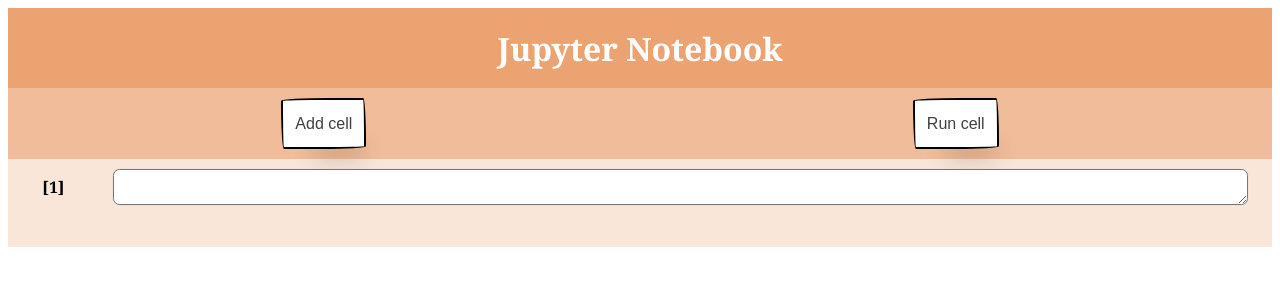
Repository: lingzi-liu/jupyter_notebook_prototype
Page: http://localhost/
These files come from the project's save history. The page is drawn as it stood at one moment and after the next save; the edit follows.
The browser window is 1280 px wide. The pictures show the whole page.
The page is served by the project's application, run on Flask 3 (app.py).

Above is the page before, as saved 2022-11-13 03:51:06.

### templates/index.html
<!DOCTYPE html>
<html lang="en">

<head>
    <meta charset="UTF-8">
    <meta http-equiv="X-UA-Compatible" content="IE=edge">
    <meta name="viewport" content="width=device-width, initial-scale=1.0">
    <link rel="stylesheet" href="../static/styles/style.css">
    <script defer src="../static/scripts/command_handler.js"></script>
    <script defer src="../static/scripts/script.js"></script>
    <title>Jupter Notebook</title>
</head>

<body>
    <!-- Navigation Bar -->
    <div id="nav">
        <h1>Jupyter Notebook</h1>
    </div>


    <!-- Button Bar -->
    <div id="commands">
        <!-- Add Cell allows you to add new code cells -->
        <!--Triggering a function addCell() when clicked -->
        <button onclick="addCell()">Add cell</button>
        <!-- Run Cell allows you to run the code in a selected cell -->
        <!--Triggering a function runCell() when clicked -->
        <button onclick="runCell()" id="run">Run cell</button>
    </div>


    <!-- Cell list -->
    <div id="cell-list">
        <!-- Each cell is in separate division -->
        <!-- When clicked, the current cell should become the selected cell by triggering the function selectedCell(this) -->
        <div class="cell" id="1" onclick="selecteCell(this)">
            <h4>[1]</h4>
            <textarea onkeyup="do_resize(this);"></textarea>

            <!--a paragraph component below the cell box for the error message or result, if there is one
            -->
            <p></p>
        </div>
    </div>
</body>

</html>

### app.py
# Step1
from flask import Flask, request, render_template

from contextlib import redirect_stdout
import io
import ast # stands for abstract syntax tree

app = Flask(__name__)

# Step 3: Create a function evaluate_code(code) that takes in a string and returns the output
def evaluate_code(code):
    # Step2: Parse the input code
    parsed = ast.parse(code)


    # Context manager for temporarily redirecting sys.stdout to another file or file-like object.
    with redirect_stdout(io.StringIO()) as f:
        try:
            #
            for input in parsed.body:
                if type(input) == ast.Expr:
                    # eval() allows you to evaluate arbitrary Python expressions from a string-based or compiled-code-based input.
                    # diff: eval() only execute or evaluate expressions
                    result = eval(compile(ast.Expression(input.value), "<string>", "eval"), globals())
                    # show appropiate result
                    if result:
                        print(result)
                else:
                    # exec()can execute any piece of Python code.
                    exec(compile(ast.Module(body=[input], type_ignores=[]), "<string>", "exec"), globals())
        # If there is an exception, in the result print the exception with an error message
        except Exception as e:
            print('Error Occured!')
            print(e.__class__.__name__ + ' : ')
            print(e)


    return f.getvalue()


# Create a default ‘GET’ route for your flask object that directs you to the html page
@app.route('/',methods=['GET'])
def index():
    # Flask template
    # put index.html in templates folder otherwise it will throw a render_template error
    return render_template('index.html')

# Create ‘POST’ route that uses an evaluate function
@app.route('/evaluate', methods=['POST'])
def evaluate():
    # Step2: Extract the command from the json input
    data = request.json
    code = data['command']
    return {'result': evaluate_code(code)}

if __name__== '__main__':
    # set debug to true to see the log and applied changes
    app.run(port=8002, debug = True)

### static/styles/style.css
#nav {
  height: 80px;
  background-color: rgba(228, 126, 58, 0.712);
  font-weight: bold;
  display: flex;
  align-items: center;
}

#nav h1 {
  margin: auto;
  color: white;
  font-family: Georgia, 'Times New Roman', Times, serif;
  text-align: center;
}

#commands {
  background-color: rgba(228, 126, 58, 0.516);
  display: flex;
  justify-content: space-around;
}

#commands button {
  margin: 10px;
  align-self: center;
  background-color: #fff;
  background-image: none;
  background-position: 0 90%;
  background-repeat: repeat no-repeat;
  background-size: 4px 3px;
  border-radius: 15px 225px 255px 15px 15px 255px 225px 15px;
  border-style: solid;
  border-width: 2px;
  box-shadow: rgba(0, 0, 0, .2) 15px 28px 25px -18px;
  box-sizing: border-box;
  color: #41403e;
  cursor: pointer;
  display: inline-block;
  font-family: Neucha, sans-serif;
  font-size: 1rem;
  line-height: 23px;
  outline: none;
  padding: .75rem;
  text-decoration: none;
  transition: all 235ms ease-in-out;
  border-bottom-left-radius: 15px 255px;
  border-bottom-right-radius: 225px 15px;
  border-top-left-radius: 255px 15px;
  border-top-right-radius: 15px 225px;
  user-select: none;
  -webkit-user-select: none;
  touch-action: manipulation;
}

#commands button:hover {
  box-shadow: rgba(0, 0, 0, .3) 2px 8px 8px -5px;
  transform: translate3d(0, 2px, 0);
}

#commands button:focus {
  box-shadow: rgba(0, 0, 0, .3) 2px 8px 4px -6px;
}

#cell-list .cell {
  background-color: white;
  padding: 10px 5px;
  align-items: center;
  display: flex;
  flex-flow: row wrap;
  justify-content: space-around;
}

#cell-list .cell:hover {
  background-color: rgba(228, 126, 58, 0.195);
}

#cell-list .cell h4 {
  display: inline-block;
  margin: 0;
  padding: 0 10px;
  font-family: Georgia, 'Times New Roman', Times, serif;
}

#cell-list .cell textarea {
  border-radius: 0.4rem;
  width: 90%;
  outline: 1px solid rgba(204, 204, 204, 0.176);
}

#cell-list .cell p {
  width: 100%;
  font-family: Georgia, 'Times New Roman', Times, serif;
  margin-left: 40px;
}

### static/scripts/command_handler.js
// runCell() takes the code in the cell and outputs the result if there is a result or the error if there is an error
function runCell() {
    // disable the button from being run again until we process the current code
    runButton = document.getElementById('run');
    runButton.disabled = true;

    cellNum = document.getElementById(selectedCellNumber);
    // get text from the textarea
    text = cellNum.children[1].value;

    // Send the text to the python backend as a command
    // get the response from post request
    fetch('/evaluate', {
        method: 'POST',
        headers: {
            'Content-Type': 'application/json'
        },
        body: JSON.stringify({
            command: text
        })
    }).then((response) => response.json()).then((data) => {
        // Insert the response below the respective code cell as a string
        cellNum.children[2].innerText = data.result;

        // enable the button again
        runButton.disabled = false;
    });
}

### static/scripts/script.js
let selectedCellNumber = 1;
let maxCellNumber = 1;

function do_resize(textbox) {

    var maxrows = 50;
    var txt = textbox.value;
    var cols = textbox.cols;

    var arraytxt = txt.split('\n');
    var rows = arraytxt.length;

    for (i = 0; i < arraytxt.length; i++)
        rows += parseInt(arraytxt[i].length / cols);

    if (rows > maxrows) textbox.rows = maxrows;
    else textbox.rows = rows;
}

function selecteCell(cell) {
    if (selectedCellNumber) {
        document.getElementById(selectedCellNumber).style.backgroundColor = "white";
    }
    selectedCellNumber = cell.id;
    document.getElementById(selectedCellNumber).style.backgroundColor = "rgba(228, 126, 58, 0.195)";
    console.log('cell selected: ', selectedCellNumber)
}

// automatically select the first cell
selecteCell(document.getElementById("1"))

function addCell() {
    maxCellNumber++;
    cellList = document.getElementById("cell-list");
    cellList.insertAdjacentHTML('beforeend',
        `<div class="cell" id="${maxCellNumber}" onclick="selecteCell(this)">
            <h4>[${maxCellNumber}]</h4>
            <textarea onkeyup="do_resize(this);"></textarea>
            <p></p>
        </div>`);

    selecteCell(document.getElementById(maxCellNumber));
}

After the next save:
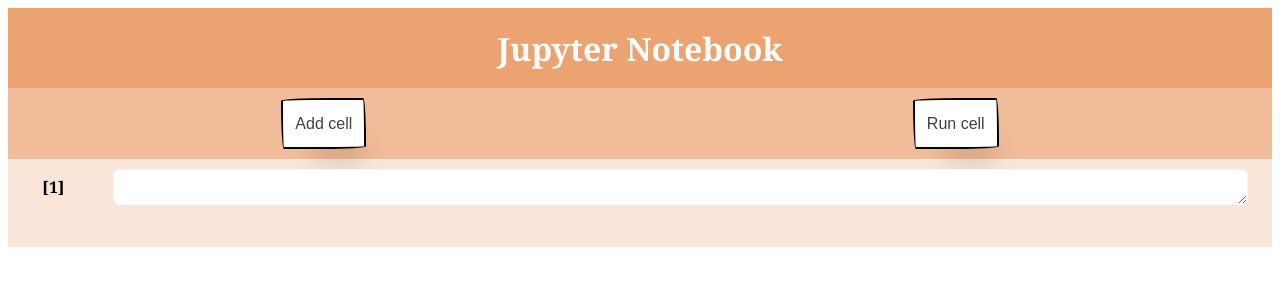
Saved 25 s later.
--- a/static/styles/style.css
+++ b/static/styles/style.css
@@ -82,8 +82,8 @@
 
 #cell-list .cell textarea {
   border-radius: 0.4rem;
+  border-color: aliceblue;
   width: 90%;
-  outline: 1px solid rgba(204, 204, 204, 0.176);
 }
 
 #cell-list .cell p {
